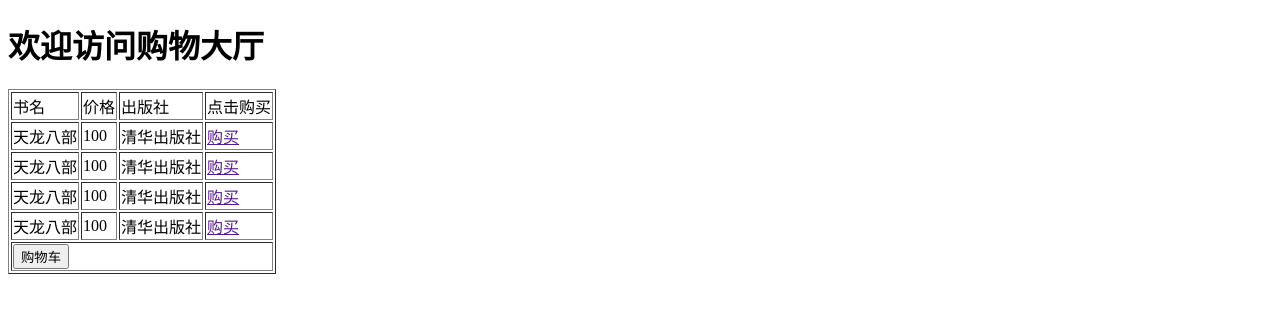
Repository: Elewei/learn-java
Page: http://localhost/shopcart/
These files come from the project's save history. The page is drawn as it stood at one moment and after the next save; the edit follows.
The browser window is 1280 px wide. The pictures show the whole page.
The page is served by Tomcat 9. Other server files are loaded and not shown.

Above is the page before, as saved 2016-12-02 13:40:48.

### shopcart-system/shopcart/WebContent/index.jsp
<%@ page language="java" contentType="text/html; charset=UTF-8"
    pageEncoding="UTF-8"%>
<!DOCTYPE html PUBLIC "-//W3C//DTD HTML 4.01 Transitional//EN" "http://www.w3.org/TR/html4/loose.dtd">
<html>
<head>
<meta http-equiv="Content-Type" content="text/html; charset=UTF-8">
<title>Insert title here</title>
</head>
<body>
	<jsp:forward page="/WEB-INF/hall.jsp"></jsp:forward>

</body>
</html>

### shopcart-system/shopcart/WebContent/WEB-INF/hall.jsp
<%@ page language="java" contentType="text/html; charset=UTF-8"
    pageEncoding="UTF-8"%>
<!DOCTYPE html PUBLIC "-//W3C//DTD HTML 4.01 Transitional//EN" "http://www.w3.org/TR/html4/loose.dtd">
<html>
<head>
<meta http-equiv="Content-Type" content="text/html; charset=UTF-8">
<title>Insert title here</title>
</head>
<body>
	<h1>欢迎访问购物大厅</h1>
	<table border="1" >
		<tr><td>书名</td><td>价格</td><td>出版社</td><td>点击购买</td></tr>
		<tr><td>天龙八部</td><td>100</td><td>清华出版社</td><td><a href="">购买</a></td></tr>
		<tr><td>天龙八部</td><td>100</td><td>清华出版社</td><td><a href="">购买</a></td></tr>
		<tr><td>天龙八部</td><td>100</td><td>清华出版社</td><td><a href="">购买</a></td></tr>
		<tr><td>天龙八部</td><td>100</td><td>清华出版社</td><td><a href="">购买</a></td></tr>
		<tr><td colspan="4"><input type="button" value="购物车"></td></tr>
	</table>
</body>
</html>

### shopcart-system/shopcart/WebContent/WEB-INF/showcart.jsp
<%@ page language="java" contentType="text/html; charset=UTF-8"
    pageEncoding="UTF-8"%>
<!DOCTYPE html PUBLIC "-//W3C//DTD HTML 4.01 Transitional//EN" "http://www.w3.org/TR/html4/loose.dtd">
<html>
<head>
<meta http-equiv="Content-Type" content="text/html; charset=UTF-8">
<title>Insert title here</title>
</head>
<body>
	<h1>我的购物车</h1>
	<form action="" method="" >
		<table border="1">
			<tr><td>bookid</td><td>书名</td><td>价格</td><td>出版社</td><td>数量</td><td>删除</td></tr>
			<tr><td>001</td><td>笑傲江湖</td><td>200</td><td>清华出版社</td><td><input type="text" name="bookNum" />本</td><td><a href="#" >删除</td></tr>
			<tr><td>001</td><td>笑傲江湖</td><td>200</td><td>清华出版社</td><td><input type="text" name="bookNum" />本</td><td><a href="#" >删除</td></tr>
			<tr><td>001</td><td>笑傲江湖</td><td>200</td><td>清华出版社</td><td><input type="text" name="bookNum" />本</td><td><a href="#" >删除</td></tr>
			<tr><td colspan="6" ><input type="submit" value="update" /></td></tr>
			<tr><td colspan="6" >购物车的总价格：550元</td></tr>
		</table>
	</form>
</body>
</html>

After the next save:
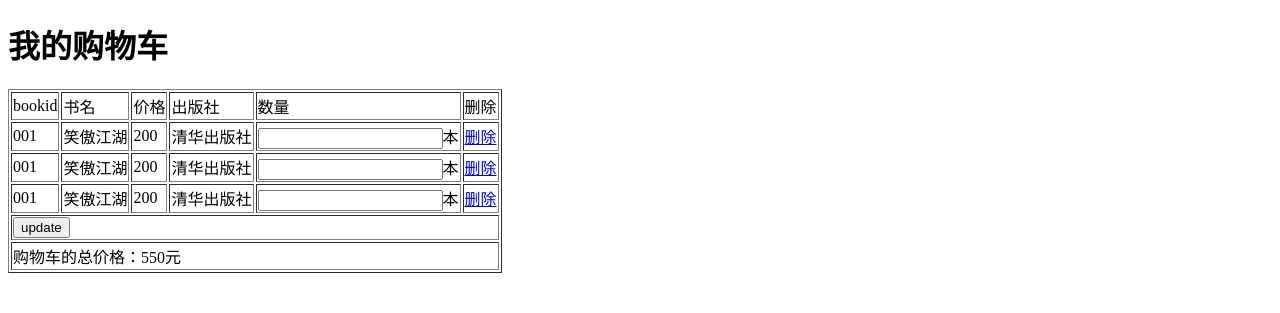
Saved 20 s later.
--- a/shopcart-system/shopcart/WebContent/index.jsp
+++ b/shopcart-system/shopcart/WebContent/index.jsp
@@ -7,7 +7,7 @@
 <title>Insert title here</title>
 </head>
 <body>
-	<jsp:forward page="/WEB-INF/hall.jsp"></jsp:forward>
+	<jsp:forward page="/WEB-INF/showcart.jsp"></jsp:forward>
 
 </body>
 </html>
